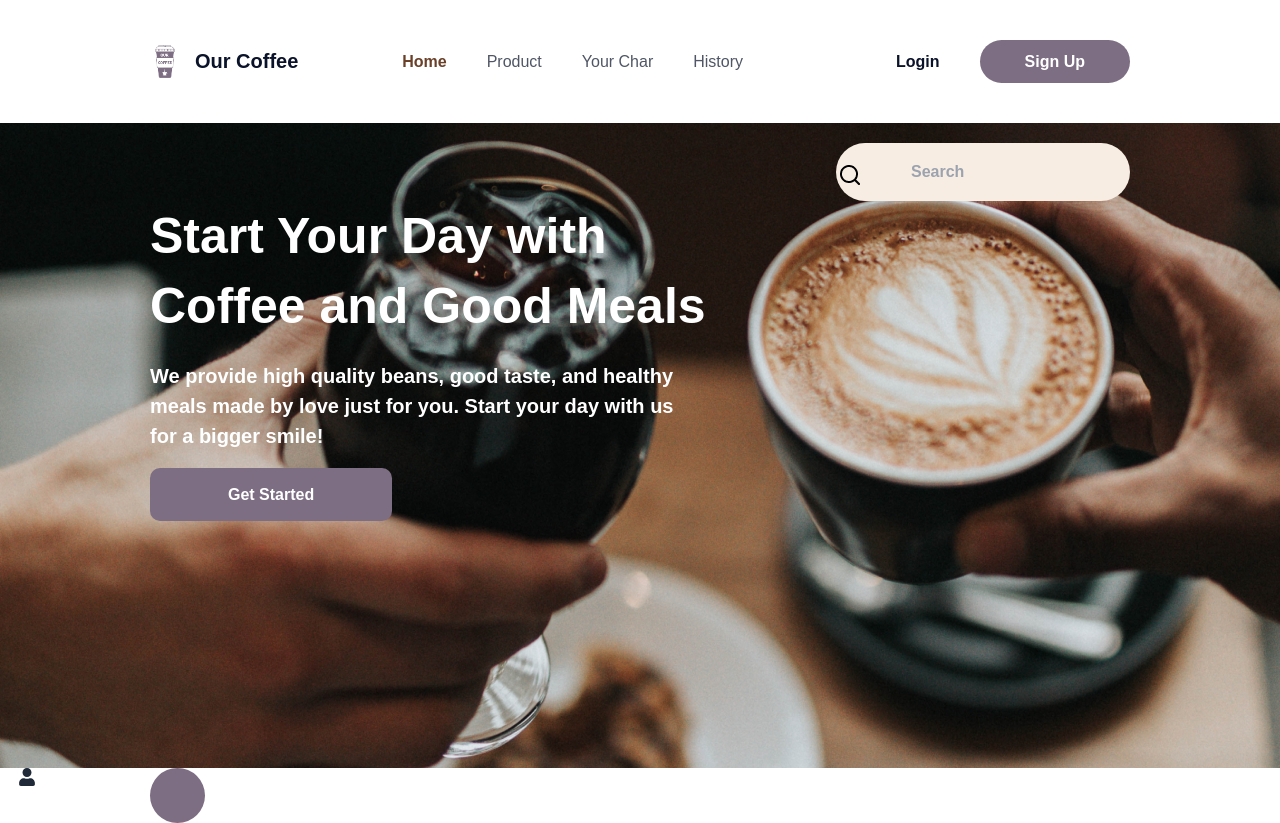
Repository: boykebn/fw12-collab2-FRONTEND
Page: / (app in our/)
These files come from the project's save history. The page is drawn as it stood at one moment and after the next save; the edit follows.
The browser window is 1280 px wide. The pictures show the whole page.
The project was rebuilt for these pictures with package versions that can differ from the ones it lists, and the page was loaded fresh each time. The framework's server and built-in components were replaced by stand-ins that run in the browser. Also part of the build but not shown: our/next.config.js.

Above is the page before, as saved 2022-12-30 20:57:00.

After the next save:
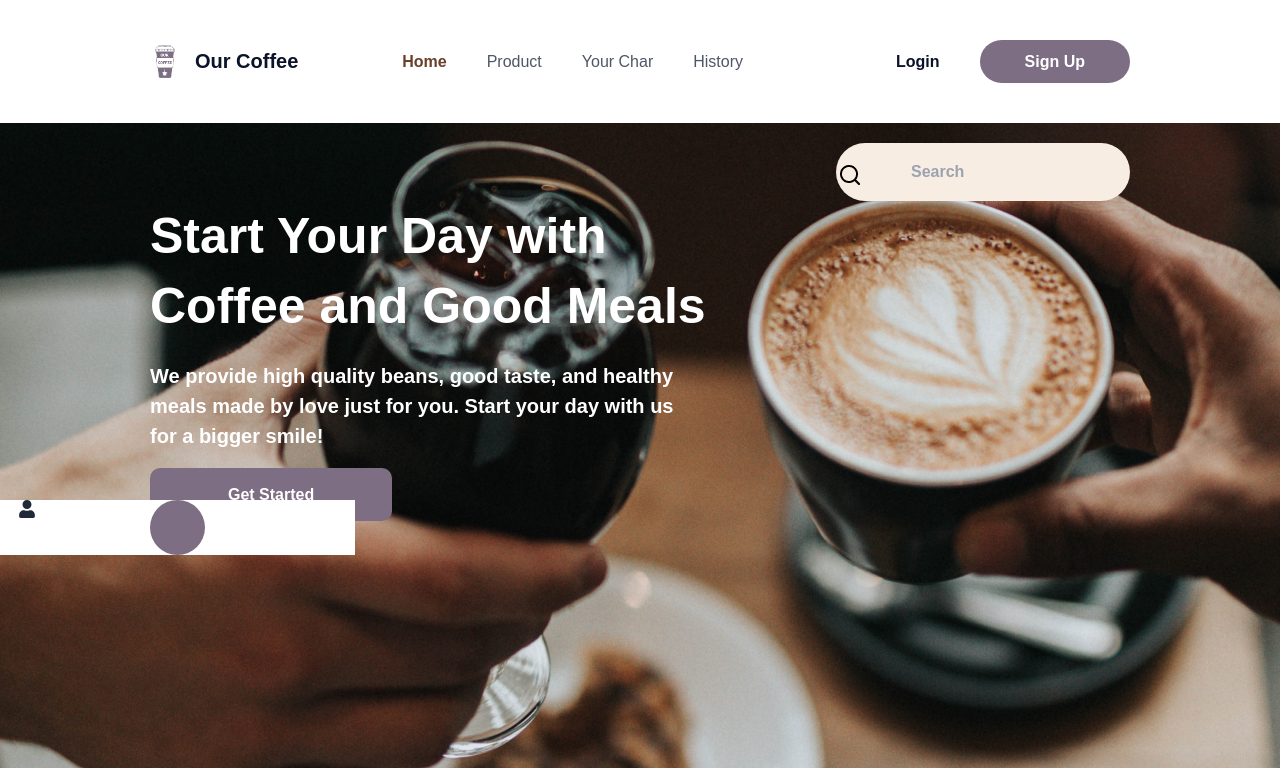
Saved 14 s later.
--- a/our/pages/index.js
+++ b/our/pages/index.js
@@ -43,7 +43,7 @@ export default function Home() {
           </div>
         </div>
       </div>
-      <div className="px-[150px] bg-white absolute t">
+      <div className="px-[150px] border-1 bg-white absolute top-[500px]">
         <div>
           <FaUser className="w-[16px] h-[18px] absolute left-[19px] " />
           <div className="border-1 bg-[#7d6e83] w-[55px] h-[55px] rounded-[50%] left-[200px]"></div>
